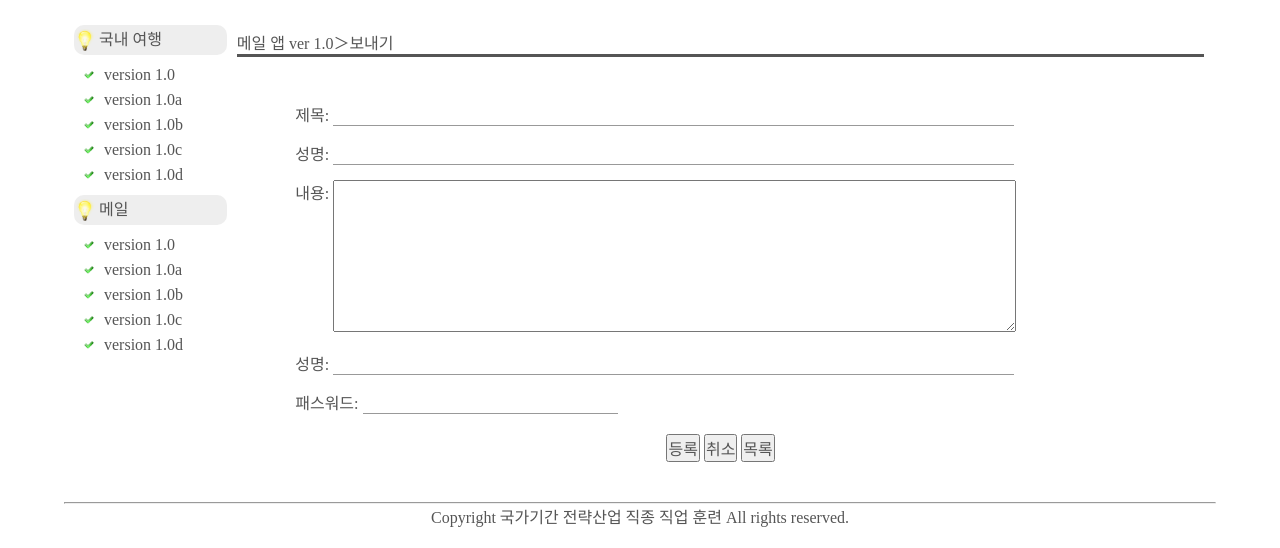
Repository: jangky000/ai_web
Page: http://localhost/blog_v2jc/mail_app/create_form.jsp
The author's editor kept a copy of each file at every save. The page is drawn from the files as they stood at one save, then again after the next save.
The browser window is 1280 px wide. The pictures show the part of the page from y = 210 to 758 px (the page is 758 px tall).
The page is served by Tomcat 9.

Above is the page before, as saved 2020-03-27 06:37:58.

After the next save:
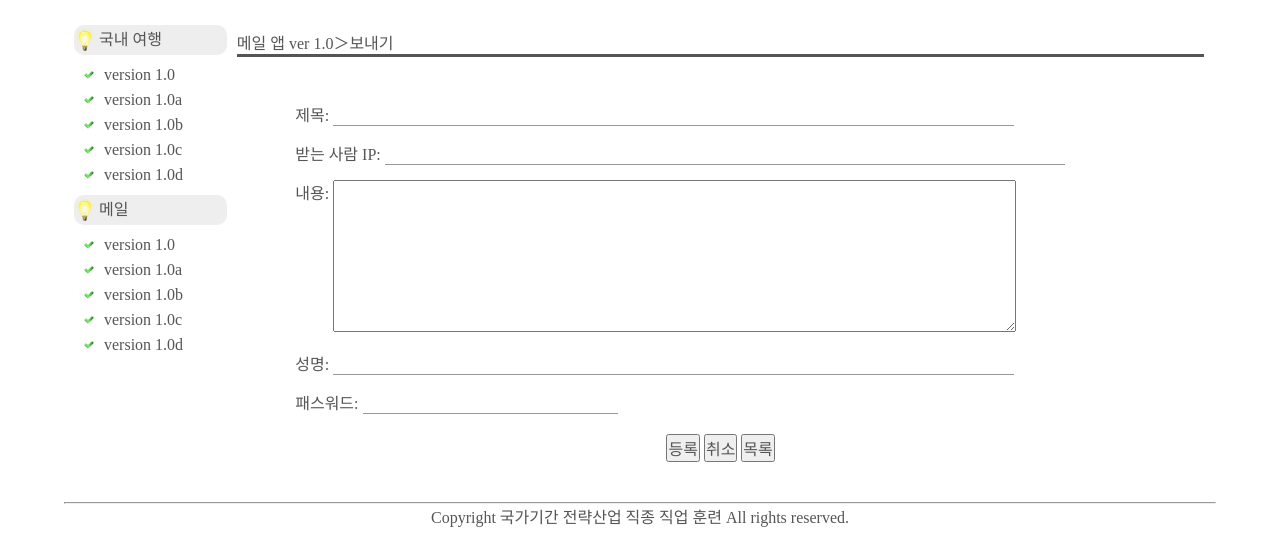
Saved 7 s later.
--- a/ws__frame/blog_v2jc/WebContent/mail_app/create_form.jsp
+++ b/ws__frame/blog_v2jc/WebContent/mail_app/create_form.jsp
@@ -24,7 +24,7 @@ String root = request.getContextPath();
           <input class="input_basic" type="text" name="title" style="width: 80%;" autofocus="autofocus">
         </li>
         <li class="li_none">
-          <label>성명: </label>
+          <label>받는 사람 IP: </label>
           <input class="input_basic" type="text" name="rname" style="width: 80%;">
         </li>
         <li class="li_none">
